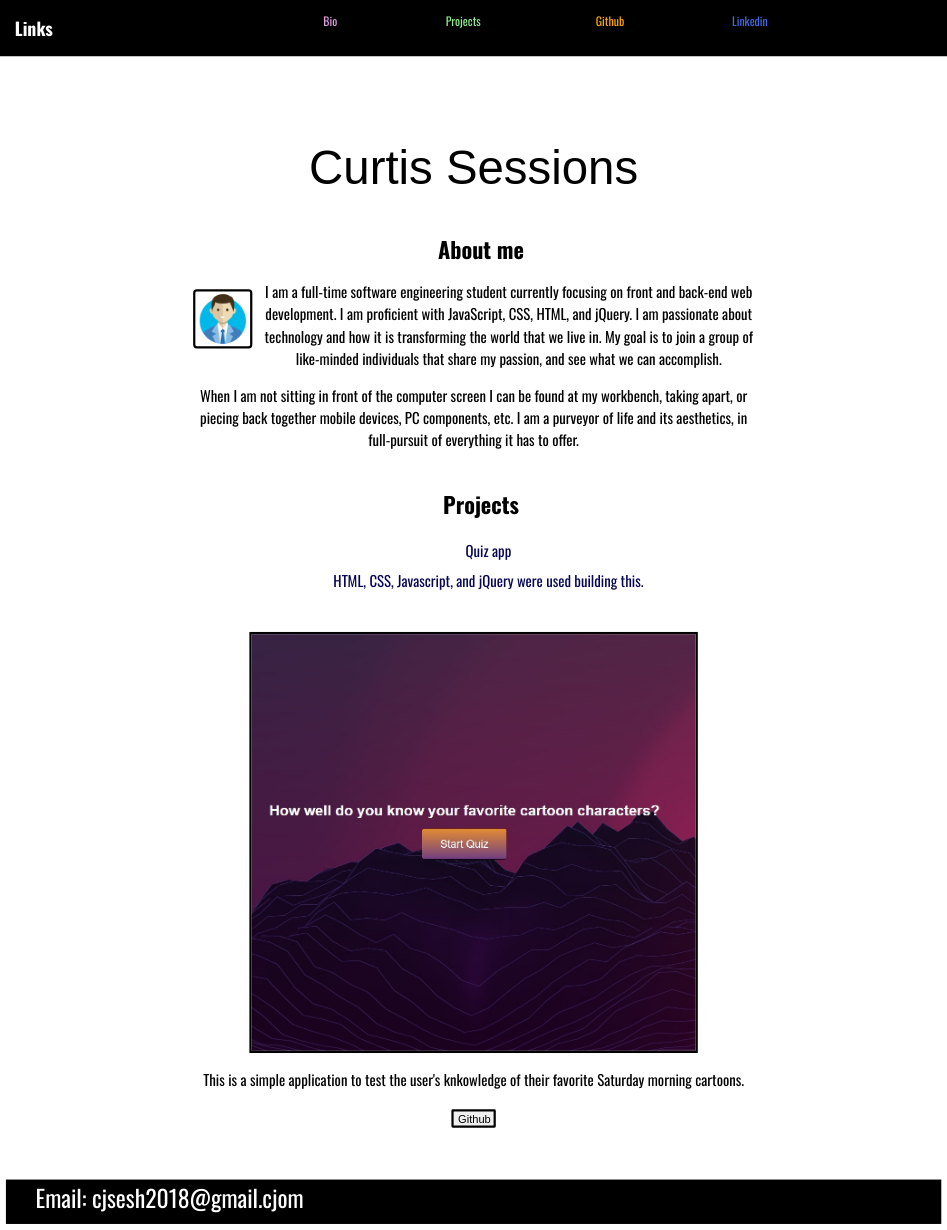
Repository: cjsesh00/NewProfile
Page: index.html
An editor plug-in stored every save of this project. The page is shown before and after the next save, followed by the edit.
The browser window is 1280 px wide. The pictures show the whole page, at 74% of full size.
Some web fonts or font styles are not loaded; a fallback is used. Some web libraries are served in a nearby version.

Above is the page before, as saved 2020-03-08 17:51:59.
Not found: scripts/index.js

After the next save:
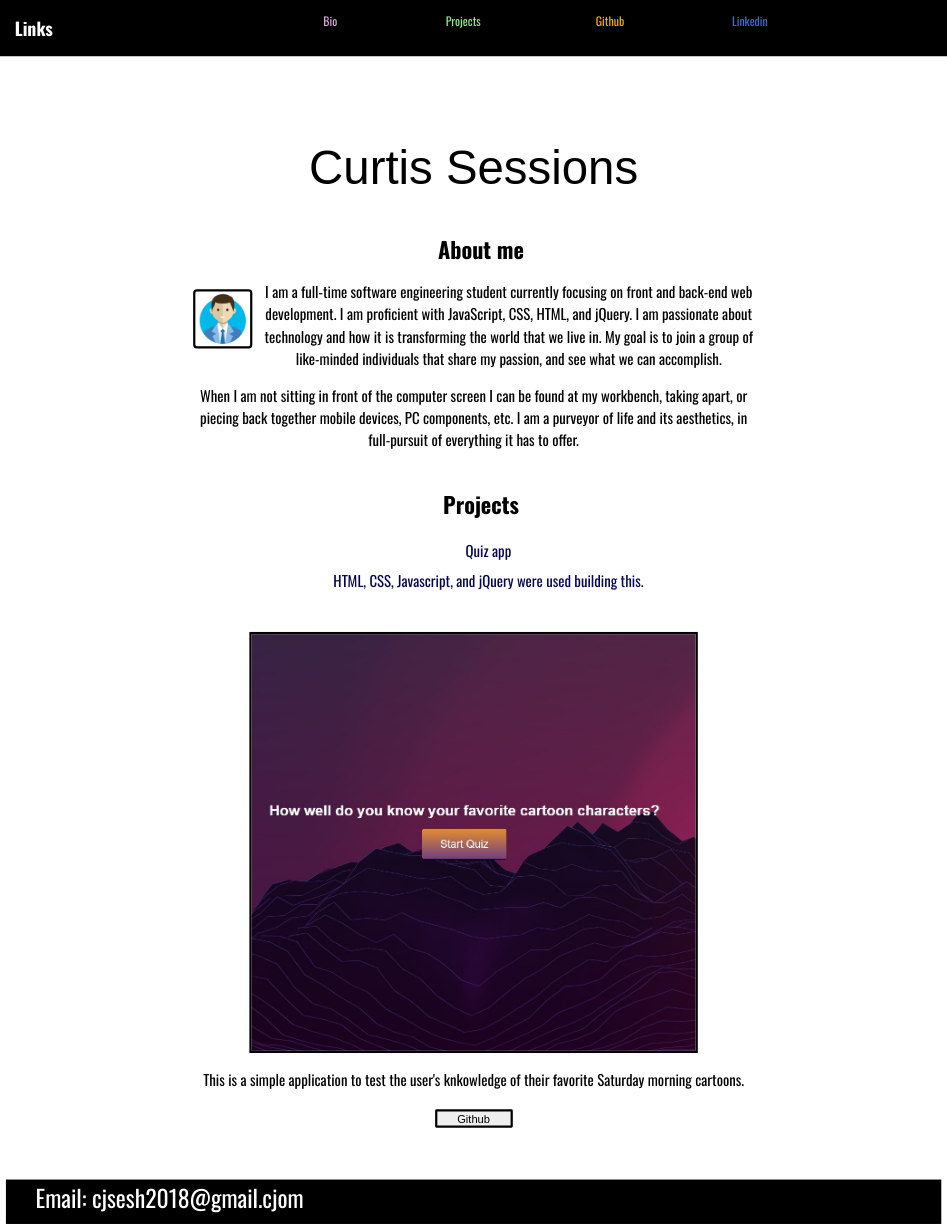
Saved 14 s later.
--- a/main.css
+++ b/main.css
@@ -164,8 +164,8 @@ button{
     color: white;
   }
   .github-link {
-      width: 4em;
-      height 3em;
+      width: 7em;
+      height 5em;
   }
   ul{
     display: flex;
